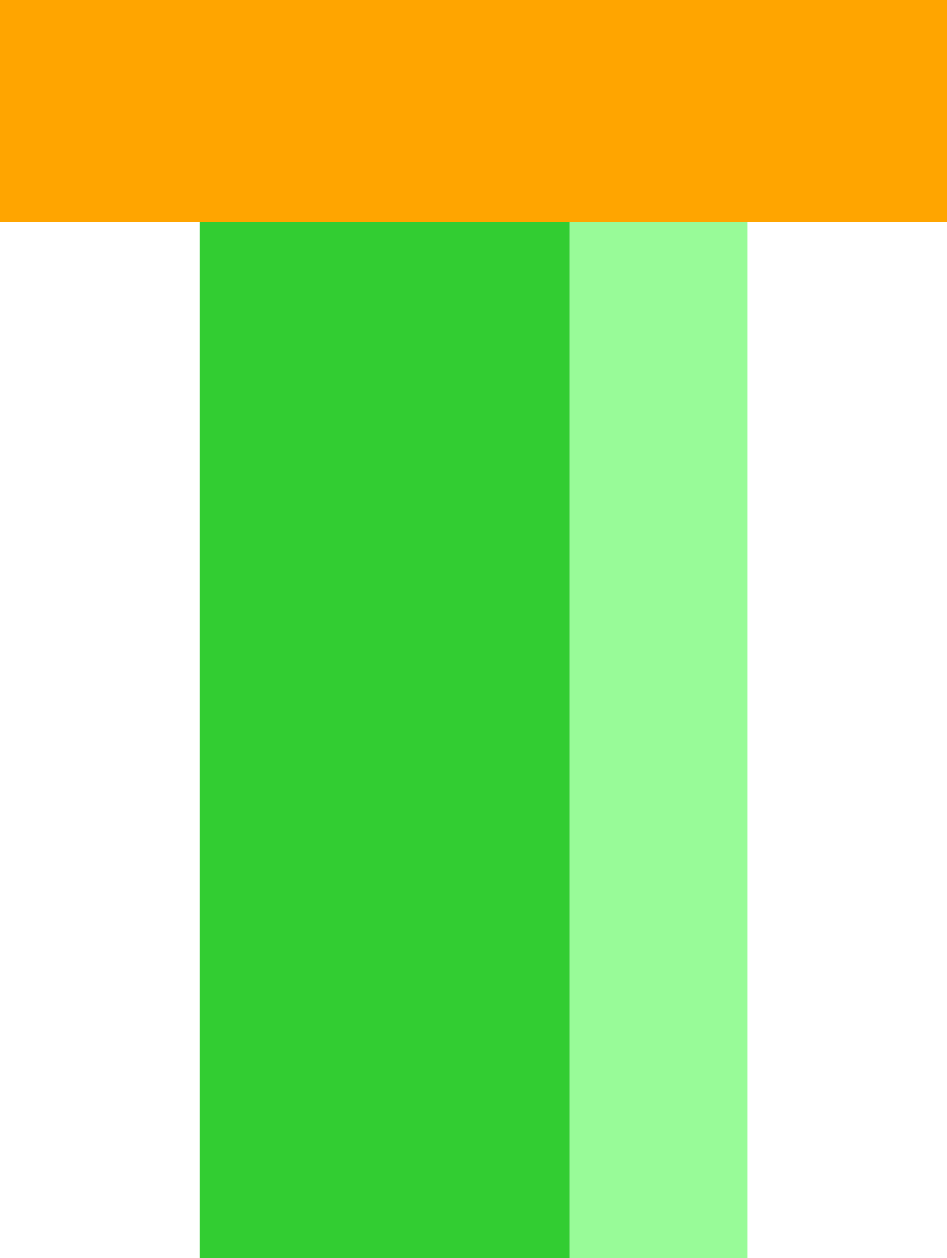
Repository: Raychel-310/chapter10
Page: caravan/index.html
The author's editor kept a record of every edit. The page is drawn from the files as they stood at one moment, then again after the next edit.
The browser window is 1280 px wide. The pictures show the whole page, at 74% of full size.

Above is the page before.

### caravan/index.html
<!DOCTYPE html>
<html lang="ja">
  <head>
    <meta charset="UTF-8" />
    <!-- CSSファイルの読み込み -->
    <link rel="stylesheet" href="style.css" />
    <title>CARAVAN</title>
  </head>

  <body>
    <!-- header -->
    <header></header>
    <!-- main-visual用のdiv -->
    <div class="main-visual">
      <div class="main-visual-content"></div>
    </div>
    <!-- main用のdiv -->
    <div class="main">
      <div class="blog"></div>
      <div class="sidebar"></div>
    </div>
    <!-- footer -->
    <footer></footer>
  </body>
</html>

### caravan/style.css
/* ブラウザがそれぞれ持っているCSSをリセットするための記述 */
* {
  margin: 0;
  padding: 0;
  box-sizing: border-box;
}

.header {
  width: 100%; /* 横幅いっぱい */
  height: 550px; /* 高さ120px */
  background-color: white; /* 背景色red */
}

.header-top {
  width: 100%;
  height: 50px;
  background-color: red;
}

.header-bottom {
  width: 100%;
  height: 500px;
  background-color: orange;
}

.main-visual {
  width: 100%; /* 横幅いっぱい */
  height: 300px; /* 高さ300px */
  background-color: orange; /* 背景色orange */
}

/*.main-visual-content {
  width: 350px;
  height: 300px;
  background-color: gold;
}*/
.main {
  width: 840px;
  /*height: 1400px;
  background-color: green;指定の解除*/
  display: flex; /* Flexboxの利用 */
  justify-content: center; /* 子要素の横並び・中央寄せ */
  margin: 0 auto; /* 中央寄せ（左右に余白がないとできない） */
}

.blog {
  width: 500px; /* 横幅600px */
  height: 1400px; /* 高さ600px */
  background-color: limegreen; /* 背景色limegreen */
  display: flex; /* Flexboxの利用 */
  justify-content: center; /* 子要素の横並び・中央寄せ */
}

.sidebar {
  width: 240px; /* 横幅240px */
  height: 1400px; /* 高さ600px */
  background-color: palegreen; /* 背景色palegreen */
}

.footer {
  width: 100%;
  height: 100px;
  background-color: blue;
}

After the next edit:
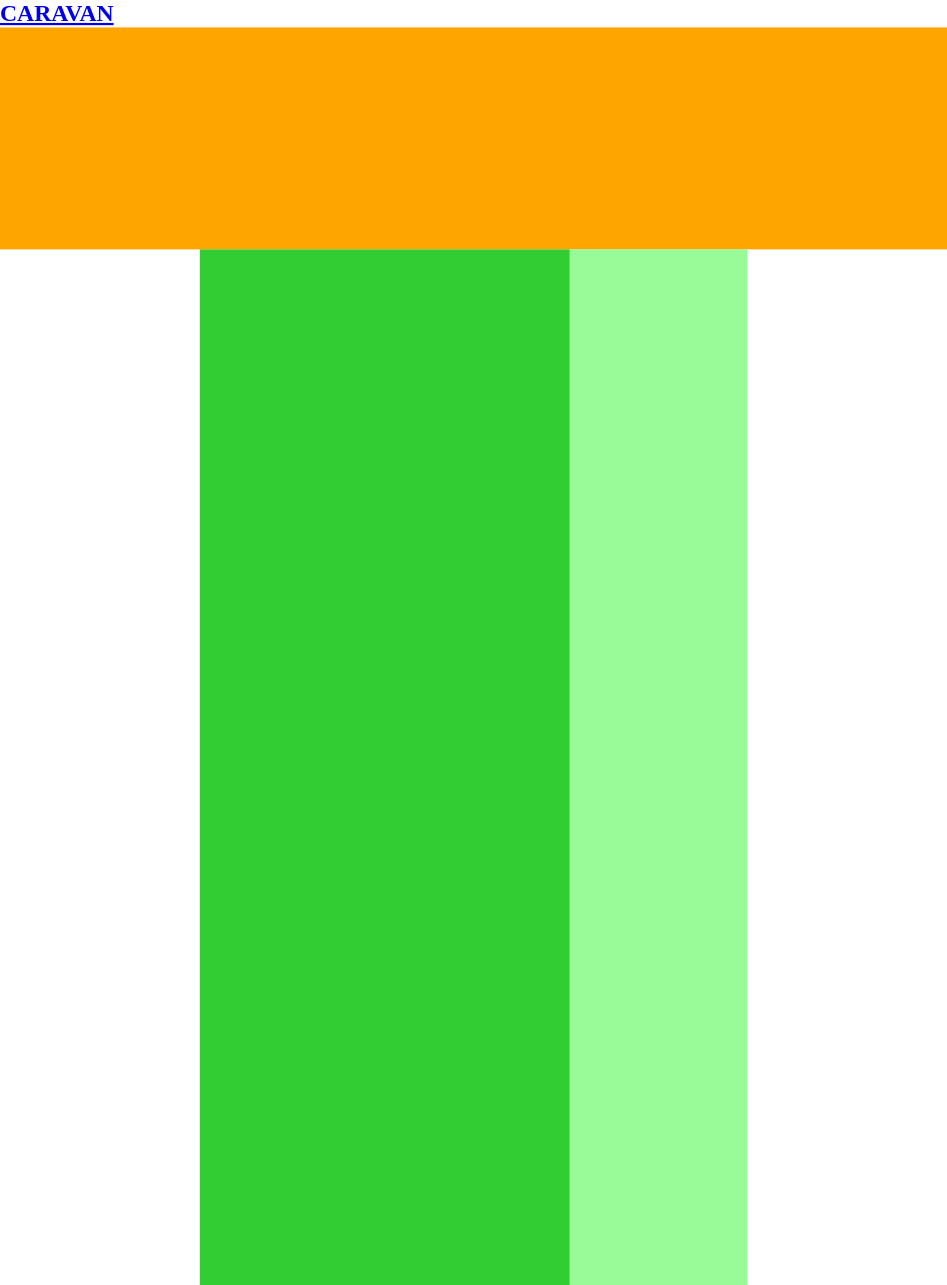
The edit:
--- a/caravan/index.html
+++ b/caravan/index.html
@@ -9,7 +9,13 @@
 
   <body>
     <!-- header -->
-    <header></header>
+    <header>
+      <h1 class="heading">
+        <a href="index.html">
+          CARAVAN
+        </a>
+      </h1>
+    </header>
     <!-- main-visual用のdiv -->
     <div class="main-visual">
       <div class="main-visual-content"></div>
